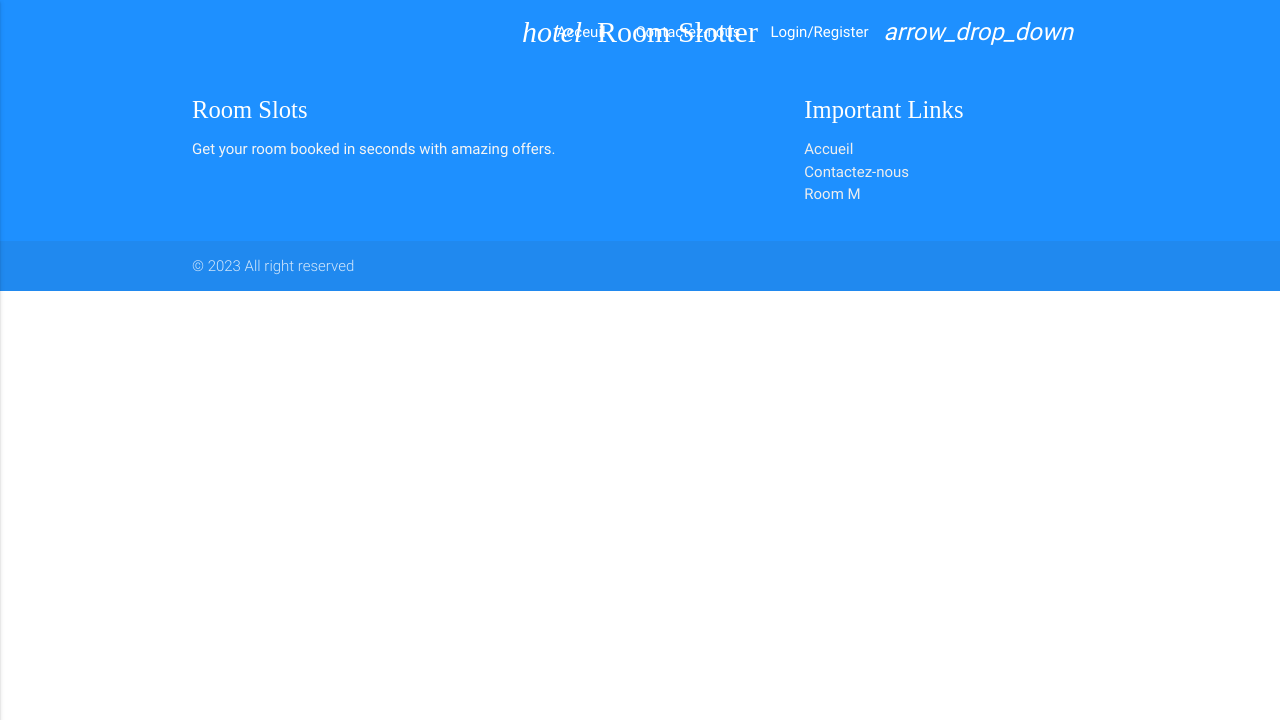
Repository: ZombreChristian/Di-Bootcamp
Page: templates/base/base.html
These files come from the project's save history. The page is drawn as it stood at one moment and after the next save; the edit follows.
The browser window is 1280 px wide. The pictures show the whole page.
Some web fonts or font styles are not loaded; a fallback is used. Some web libraries are served in a nearby version. The template is drawn by Django 4.2. The application's start-up code is not run. Other server files are loaded and not shown. The template is opened directly, without the code that normally fills it, so the values that code supplies are empty.

Above is the page before, as saved 2023-01-16 16:52:00.

### Week-9/Day-5/exercice/Mini-projet/templates/base/base.html
 {%load static %}

 <!DOCTYPE html>
  <html>
    <head>
      <!--Import Google Icon Font-->
      <link href="https://fonts.googleapis.com/icon?family=Material+Icons" rel="stylesheet">
      <link href="https://fonts.googleapis.com/css?family=Cookie&display=swap" rel="stylesheet">
        <link rel='stylesheet' href='https://cdnjs.cloudflare.com/ajax/libs/materialize/0.100.2/css/materialize.min.css'>
<script src='https://cdnjs.cloudflare.com/ajax/libs/jquery/3.2.1/jquery.min.js'></script>
<script src='https://cdnjs.cloudflare.com/ajax/libs/materialize/0.100.2/js/materialize.min.js'></script>
     <!--Let browser know website is optimized for mobile-->
      <meta name="viewport" content="width=device-width, initial-scale=1.0"/>
    </head>
    <style>
      .dropdown-content
      {
top: 53px !important;
width:190px !important;
      }
    </style>
    <body>
<nav style="background-color: dodgerblue">
    <div class="nav-wrapper container">
      <a href="/" class="brand-logo center" style="font-family: 'algerian';font-size:2rem"><i class="material-icons" style="font-size:2rem">hotel</i>Room Slotter </a>
      <a href="#" data-activates="slide-out" class="button-collapse"><i class="material-icons">menu</i></a>

      <ul id="nav-mobile" class="right hide-on-med-and-down">
        <li><a href="/">Acceuil</a></li>
        <li><a href="/contact-us">Contactez-nous</a></li>
        {% if not request.session.username %}
        <li><a class="dropdown-button" href="#!" data-activates='dropdown1'>Login/Register<i class="material-icons right">arrow_drop_down</i></a></li>
     {% else %}
        <li><a class="dropdown-button" href="#!" data-activates='dropdown2'>Account<i class="material-icons right">arrow_drop_down</i></a></li>
     {% endif %}
      </ul>

    </div>
  </nav>
    <ul id="slide-out" class="side-nav">

        <li><a href="/">Home</a></li>
        <li><a href="/contact-us">Contact Us</a></li>
      <li class="no-padding">
        <ul class="collapsible collapsible-accordion">
          <li style="margin-left:18px">
            <a class="collapsible-header">Account<i class="material-icons right">arrow_drop_down</i></a>
            <div class="collapsible-body">
              <ul>
               {% if not request.session.username %}
      <li><a href="/user/login" class="blue-text"><i class="material-icons left red-text text-lighten-2">person</i> Customer</a></li>
    <li class="divider" tabindex="-1"></li>
    <li><a href="/manager/login1" class="blue-text"><i class="material-icons left red-text text-lighten-2">room_service</i> Room Manager</a></li>
  {% else %}
   {% if request.session.type == 'customer' %}
        <li><a href="/user/dashboard"><i class="material-icons left red-text text-lighten-2">dashboard</i> Dashboard</a></li>
                  {% else %}
        <li><a href="/manager/dashboard1"><i class="material-icons left red-text text-lighten-2">dashboard</i> Dashboard</a></li>
                  {% endif %}
        <li><a href="/logout"><i class="material-icons left red-text text-lighten-2">exit_to_app</i> Logout</a></li>
     {% endif %}
              </ul>
            </div>
          </li>
        </ul>
      </li>
  </ul>
  <ul id='dropdown1' class='dropdown-content'>
    <li><a href="/user/login" class="blue-text"><i class="material-icons left red-text text-lighten-2">person</i> Customer</a></li>
    <li class="divider" tabindex="-1"></li>
    <li><a href="/manager/login1" class="blue-text"><i class="material-icons left red-text text-lighten-2">room_service</i> Room Manager</a></li>
  </ul>
    <ul id='dropdown2' class='dropdown-content'>
     {% if request.session.type == 'customer' %}
       <li><a href="/user/dashboard"> <i class="material-icons left red-text text-lighten-2">dashboard</i>Dashboard</a></li>
                  {% else %}
       <li><a href="/manager/dashboard1"> <i class="material-icons left red-text text-lighten-2">dashboard</i>Dashboard</a></li>
                  {% endif %}
        <li><a href="/logout"> <i class="material-icons left red-text text-lighten-2">exit_to_app</i>Logout</a></li>
    </ul>
{% block content %}

{%endblock %}


        <footer class="page-footer" style="background-color: dodgerblue">
          <div class="container">
            <div class="row">
              <div class="col l6 s12">
                <h5 class="white-text" style="font-family: 'Cookie';">Room Slots</h5>
                <p class="grey-text text-lighten-4">Get your room booked in seconds with amazing offers.</p>
              </div>
              <div class="col l4 offset-l2 s12">
                <h5 class="white-text" style="font-family:'Times New Roman'">Important Links</h5>
                <ul>
                  <li><a class="grey-text text-lighten-3" href="/">Accueil</a></li>
                  <li><a class="grey-text text-lighten-3" href="/contact-us">Contactez-nous</a></li>
                  {% if not request.session.username %}
                  {% if request.session.type == 'customer' %}
                  <li><a class="grey-text text-lighten-3" href="/user/login">Clients</a></li>
                  {% else %}
                  <li><a class="grey-text text-lighten-3" href="/manager/login1">Room M</a></li>
                  {% endif %}
                  {% else %}
                  <li><a class="grey-text text-lighten-3" href="/logout">Se déconecter</a></li>
                  {% endif %}
                </ul>
              </div>
            </div>
          </div>
          <div class="footer-copyright">
            <div class="container">
            © 2023 All right reserved
            </div>
          </div>
        </footer>
    <!-- Compiled and minified JavaScript -->


    <script>
      $(".button-collapse").sideNav();
    $('.dropdown-button').dropdown({
      hover:true
}
  );
    </script>
    </body>
  </html>

After the next save:
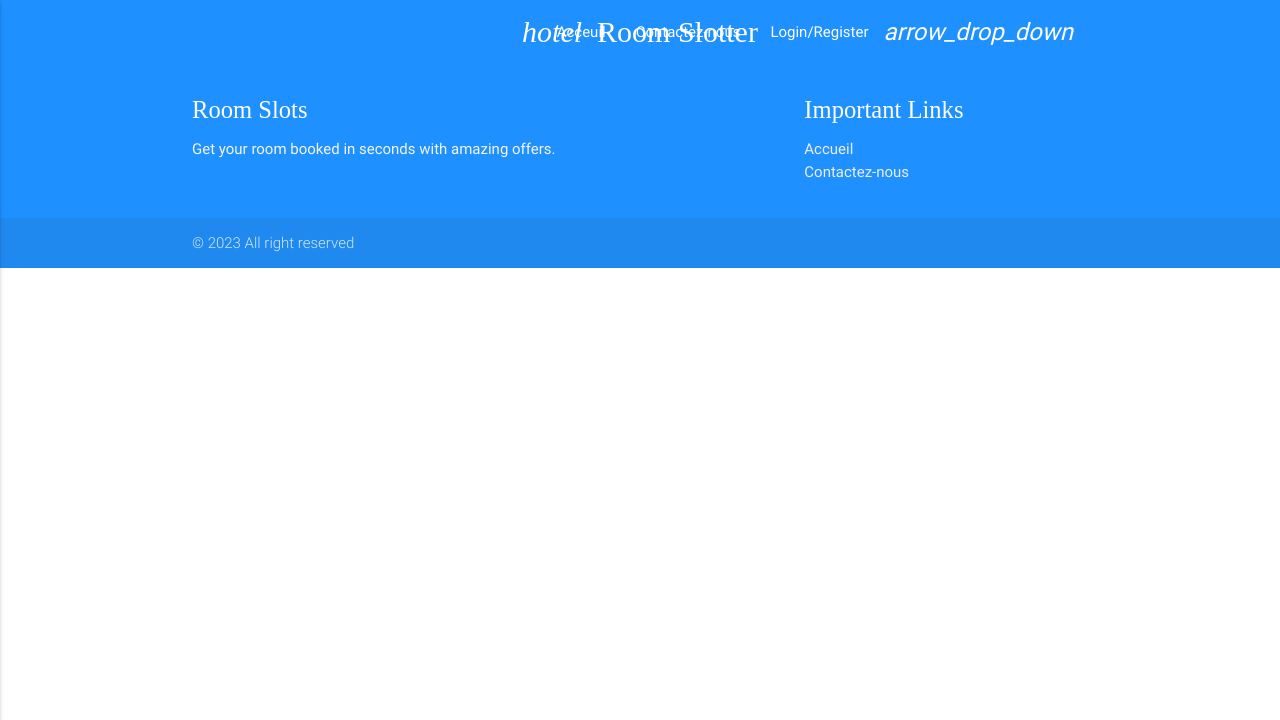
Saved 5 s later.
--- a/Week-9/Day-5/exercice/Mini-projet/templates/base/base.html
+++ b/Week-9/Day-5/exercice/Mini-projet/templates/base/base.html
@@ -99,7 +99,7 @@
                   {% if request.session.type == 'customer' %}
                   <li><a class="grey-text text-lighten-3" href="/user/login">Clients</a></li>
                   {% else %}
-                  <li><a class="grey-text text-lighten-3" href="/manager/login1">Room M</a></li>
+                  <li><a class="grey-text text-lighten-3" href="/manager/login1"></a></li>
                   {% endif %}
                   {% else %}
                   <li><a class="grey-text text-lighten-3" href="/logout">Se déconecter</a></li>

After the 2 saves that followed:
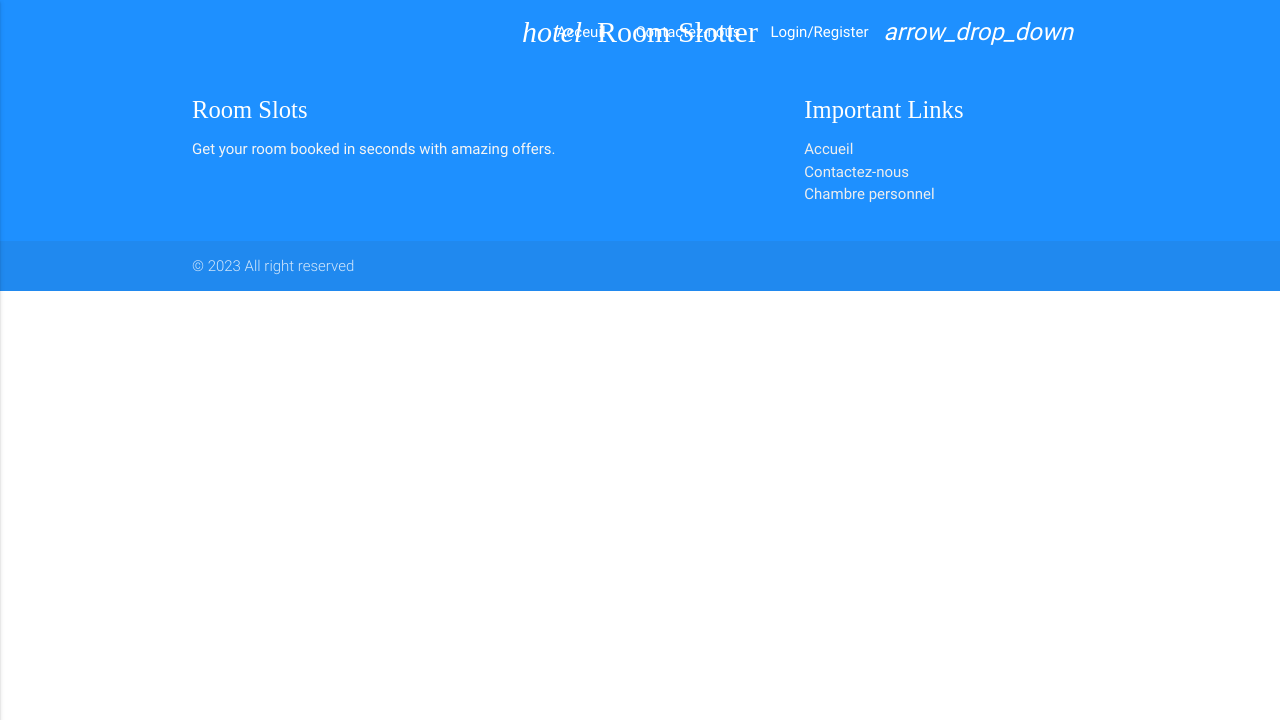
The 2 saves are shown as one change because they came seconds apart.
The last was saved 11 s later.
--- a/Week-9/Day-5/exercice/Mini-projet/templates/base/base.html
+++ b/Week-9/Day-5/exercice/Mini-projet/templates/base/base.html
@@ -99,7 +99,7 @@
                   {% if request.session.type == 'customer' %}
                   <li><a class="grey-text text-lighten-3" href="/user/login">Clients</a></li>
                   {% else %}
-                  <li><a class="grey-text text-lighten-3" href="/manager/login1"></a></li>
+                  <li><a class="grey-text text-lighten-3" href="/manager/login1">Chambre personnel</a></li>
                   {% endif %}
                   {% else %}
                   <li><a class="grey-text text-lighten-3" href="/logout">Se déconecter</a></li>
